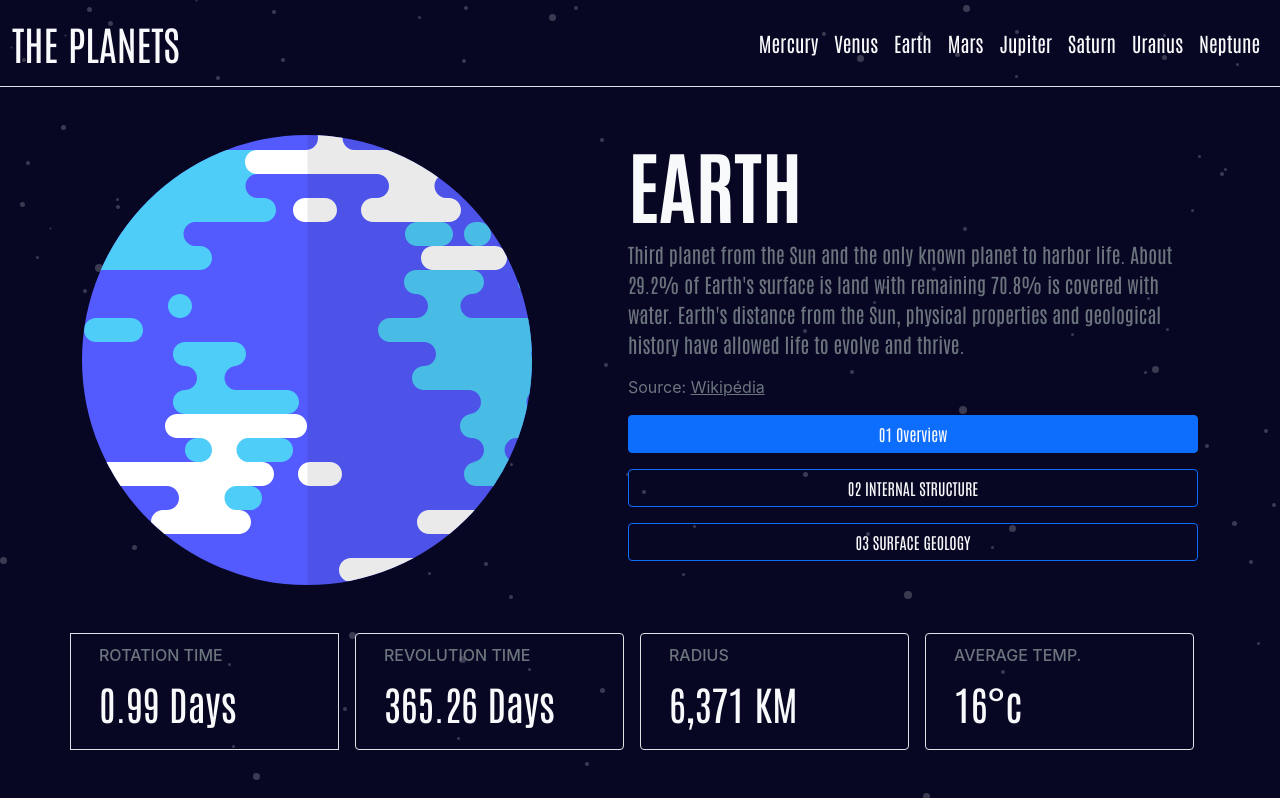
Repository: andre06x/the-planets
Page: /
An editor plug-in stored every save of this project. The page is shown before and after the next save, followed by the edit.
The browser window is 1280 px wide. The pictures show the whole page.
The project was rebuilt for these pictures with package versions that can differ from the ones it lists, and the page was loaded fresh each time.

Above is the page before, as saved 2021-10-19 15:51:39.

After the next save:
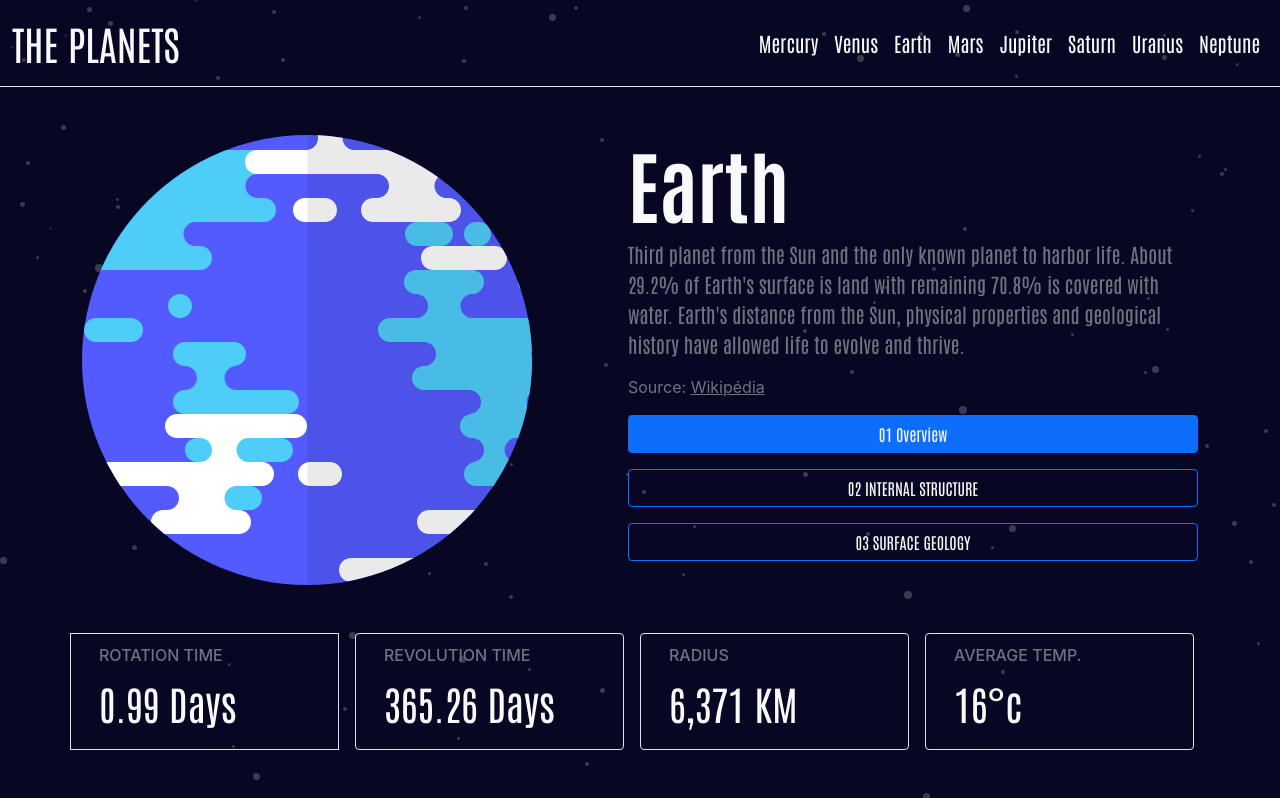
Saved 90 s later.
--- a/src/components/Container.js
+++ b/src/components/Container.js
@@ -52,7 +52,7 @@ const Container = () => {
             <img src={imagee}alt="" />
           </div>
           <div className="ms-md-5">
-            <h1 className="display-1 text-light font-antonio fw-bold">EARTH</h1>
+            <h1 className="display-1 text-light font-antonio fw-bold">{planet}</h1>
             <p className="lead text-muted font-antonio">
               {text.content}
             </p>
